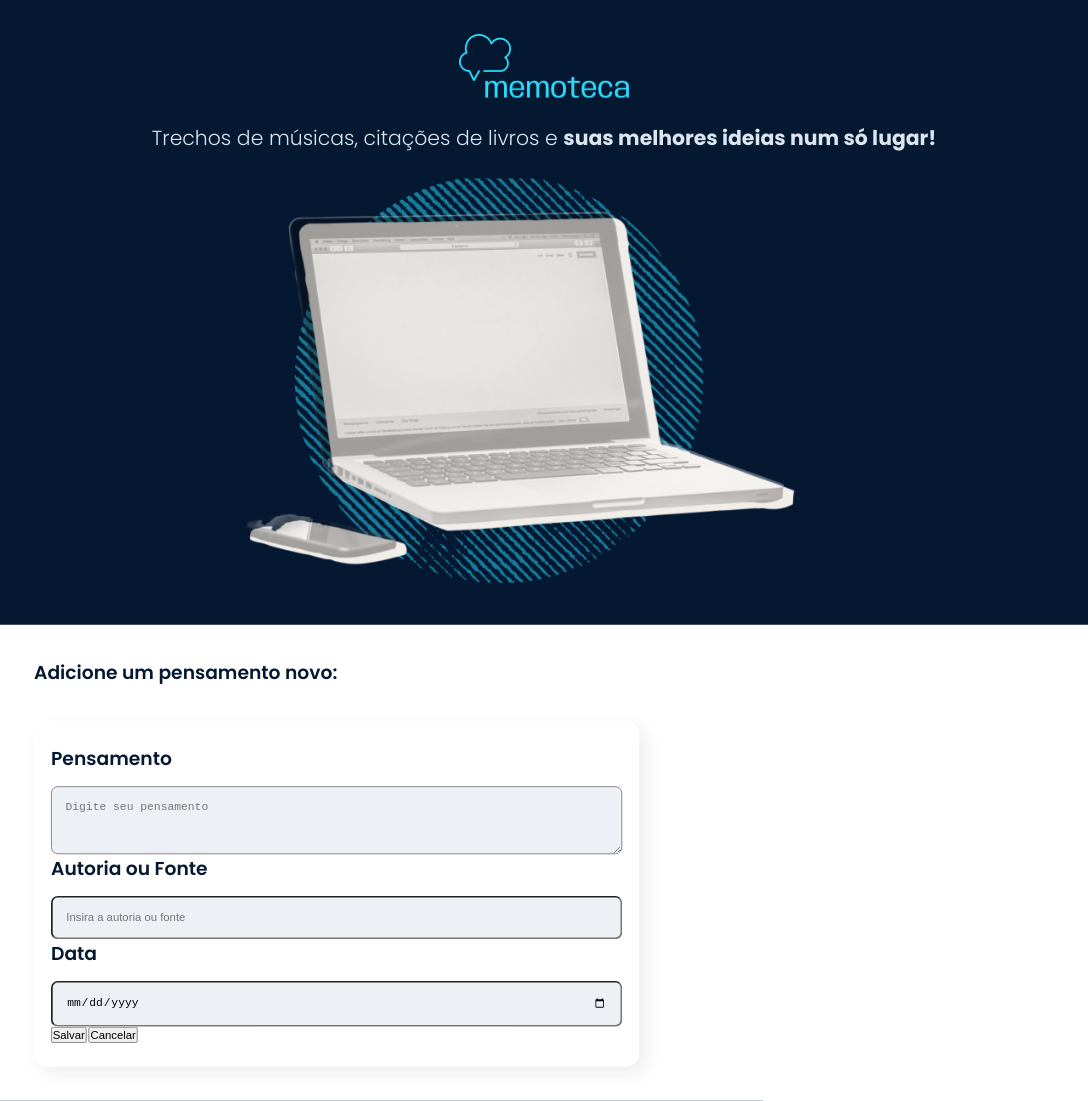
Repository: joaoPraiaJunior/crud_js
Page: index.html
An editor plug-in stored every save of this project. The page is shown before and after the next save, followed by the edit.
The browser window is 1280 px wide. The pictures show the whole page, at 85% of full size.

Above is the page before, as saved 2024-09-26 22:49:49.

After the next save:
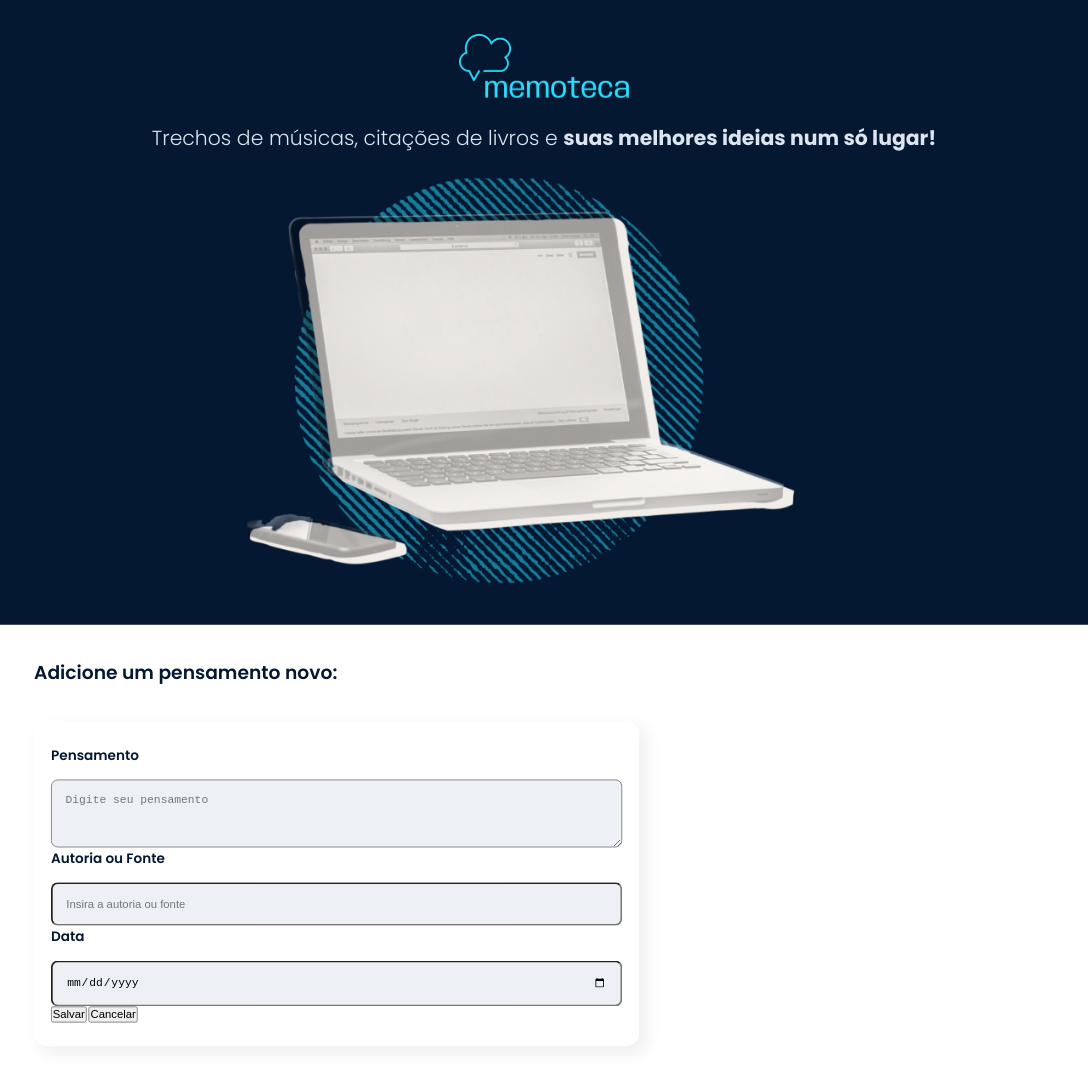
Saved 6 s later.
--- a/css/styles.css
+++ b/css/styles.css
@@ -111,7 +111,7 @@ main {
 #pensamento-form label {
 	color: var(--Azul-Dark, #041832);
 	font-family: var(--font-primaria);
-	font-size: 2.2rem;
+	font-size: 1.6rem;
 	font-weight: 600;
 	margin-bottom: 1.6rem;
 }
